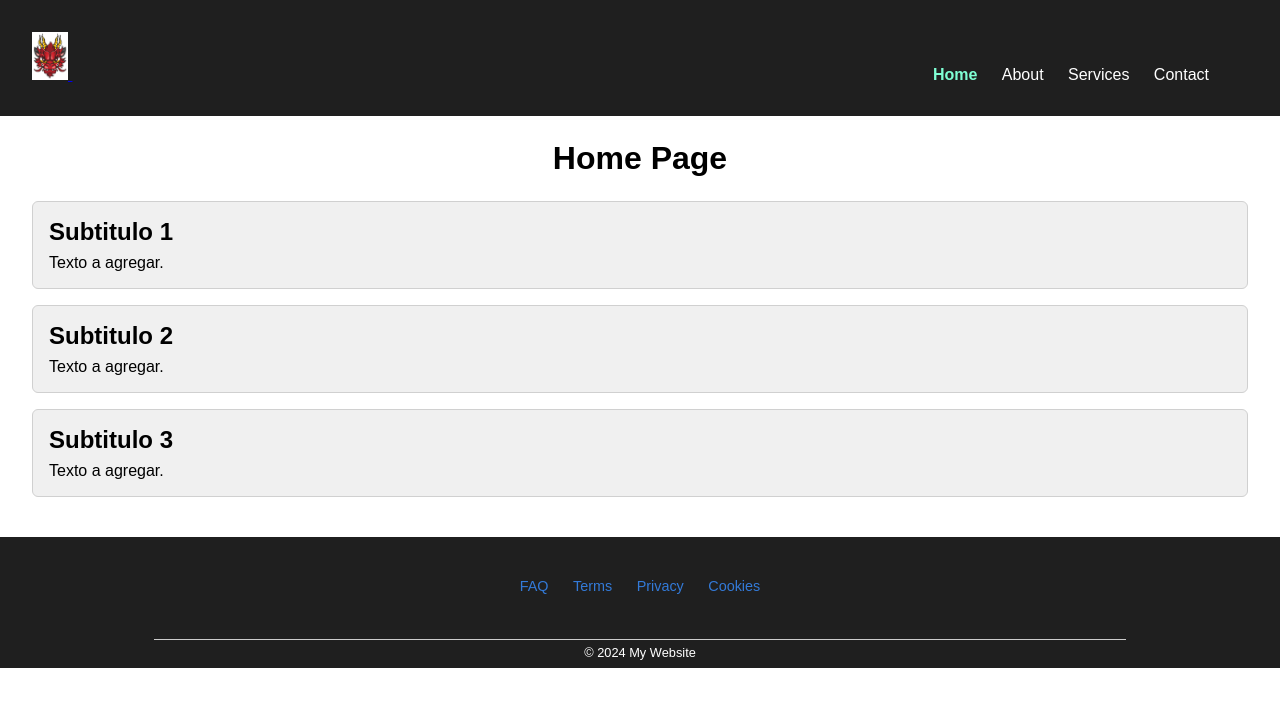
Repository: andreamm-lab/basic-navigation-example-2025-10
Page: index.html
An editor plug-in stored every save of this project. The page is shown before and after the next save, followed by the edit.
The browser window is 1280 px wide. The pictures show the whole page.

Above is the page before, as saved 2025-11-06 15:44:55.

### index.html
<!DOCTYPE html>
<html lang="en">
<head>
    <meta charset="UTF-8">
    <meta name="viewport" content="width=device-width, initial-scale=1.0">
    <title>Basic Nav Example</title>
    <link rel="stylesheet" href="./main.css">
</head>
<body>
    <header>
        <!--Primary navigation-->
        <nav aria-label="Primary navigation">
            <a href="index.html">
                <img src="images/dragon.png" alt="Dragon logo">
            </a>
            <span class="spacer"></span>
            <ul>
                <li><a href="index.html" class="current">Home</a></li>
                <li><a href="pages/about.html">About</a></li>
                <li><a href="pages/services.html">Services</a></li>
                <li><a href="pages/contact.html">Contact</a></li>
            </ul>
        </nav>
    </header>

    <main class="home-main">
        <h1 id="page-title">Home Page</h1>

        <div class="card-grid">
            <article class="card">
                <h2>Subtitulo 1</h2>
                <p>Texto a agregar.</p>
            </article>
            <article class="card">
                <h2>Subtitulo 2</h2>
                <p>Texto a agregar.</p>
            </article>
            <article class="card">
                <h2>Subtitulo 3</h2>
                <p>Texto a agregar.</p>
            </article>
        </div>
    </main>

    <!--Footer navigation-->
    <footer id="main-footer">
        <nav aria-label="Footer navigation">
            <ul>
                <li><a href="#">FAQ</a></li>
                <li><a href="#">Terms</a></li>
                <li><a href="#">Privacy</a></li>
                <li><a href="#">Cookies</a></li>
            </ul>
        </nav>
        <hr class="footer-line">
        <p>© 2024 My Website</p>
    </footer>
</body>
</html>

### main.css
* {
    box-sizing: border-box;
    margin: 0;
    padding: 0;
}

body {
    font-family: Arial, Helvetica, sans-serif;
    background-color: #ffffff;
    color: #000;
}

/* header - nav principal */
nav {
    padding: 32px 32px;
    min-height: 80px;
    background-color: #1F1F1F;
}

nav img {
    max-height: 48px;
    background-color: white;
}

.spacer {
    display: inline-block;
    width: calc(100% - 40px - 320px);
}

nav ul {
    list-style: none;
    display: inline-block;
    vertical-align: bottom;
}

nav ul li {
    display: inline-block;
    margin-right: 20px;
}

nav ul li:last-child {
    margin-right: 0;
}

nav ul li a {
    text-decoration: none;
}

nav ul li a:link,
nav ul li a:visited {
    color: white;
}

nav ul li a.current {
    color: aquamarine;
    font-weight: bold;
}

nav ul li a:hover {
    color: rgb(92, 229, 0);
}

main {
    display: block;
    padding: 24px 32px;
    min-height: 400px;
}

.home-main h1 {
    text-align: center;
    margin-bottom: 24px;
}

/* text cards */
.card-grid {
    display: block; /* vertical align */
}

.card {
    background-color: #f0f0f0;
    border: 1px solid #d0d0d0;
    border-radius: 6px;
    padding: 16px;
    margin-bottom: 16px;
}

.card h2 {
    margin-bottom: 8px;
}

/* Side menu on Services */
.page {
    display: block;
}

.main-content {
    display: inline-block;
    width: 69%;
    vertical-align: top;
}

.side-nav {
    display: inline-block;
    width: 28%;
    background-color: #2a2a2a;
    color: #fff;
    margin-left: 1%;
    padding: 16px;
    min-height: 320px;
    border: 1px solid #000;
}

.side-nav h2 {
    margin-bottom: 12px;
}

.side-nav ul {
    list-style: none;
}

.side-nav ul li {
    margin-bottom: 8px;
    display: block;
}

.side-nav ul li a {
    color: #4bb4ff;
    text-decoration: none;
}

.side-nav ul li a:hover {
    text-decoration: underline;
}

/* footer */

/* Last Line Text: My Website */
#main-footer {
    background-color: #1F1F1F;
    color: rgb(255, 255, 255);
    text-align: center;
    padding: 8px 32px; /* 1st number: inferior margin | 2nd: weight and it affects the line also. */
}

#main-footer nav ul {
    /*display: inline-block;*/
    list-style: none;
    margin-bottom: 12px;
}

#main-footer nav ul li {
    display: inline-block;
    margin: 0 10px; /*Distance between words in footer: FAQ, Terms, etc. */
}

#main-footer nav ul li a {
    color: rgb(51, 122, 216); /* Text color */
    text-decoration: none;
    font-size: 0.9rem;
}

#main-footer p {
    font-size: 0.8rem;
}

#page-title {
    font-size: 2rem;
}

.footer-line {
  border: none;
  border-top: 1px solid #ccc;
  margin: 0px auto 5px;
  width: 80%;
}

After the next save:
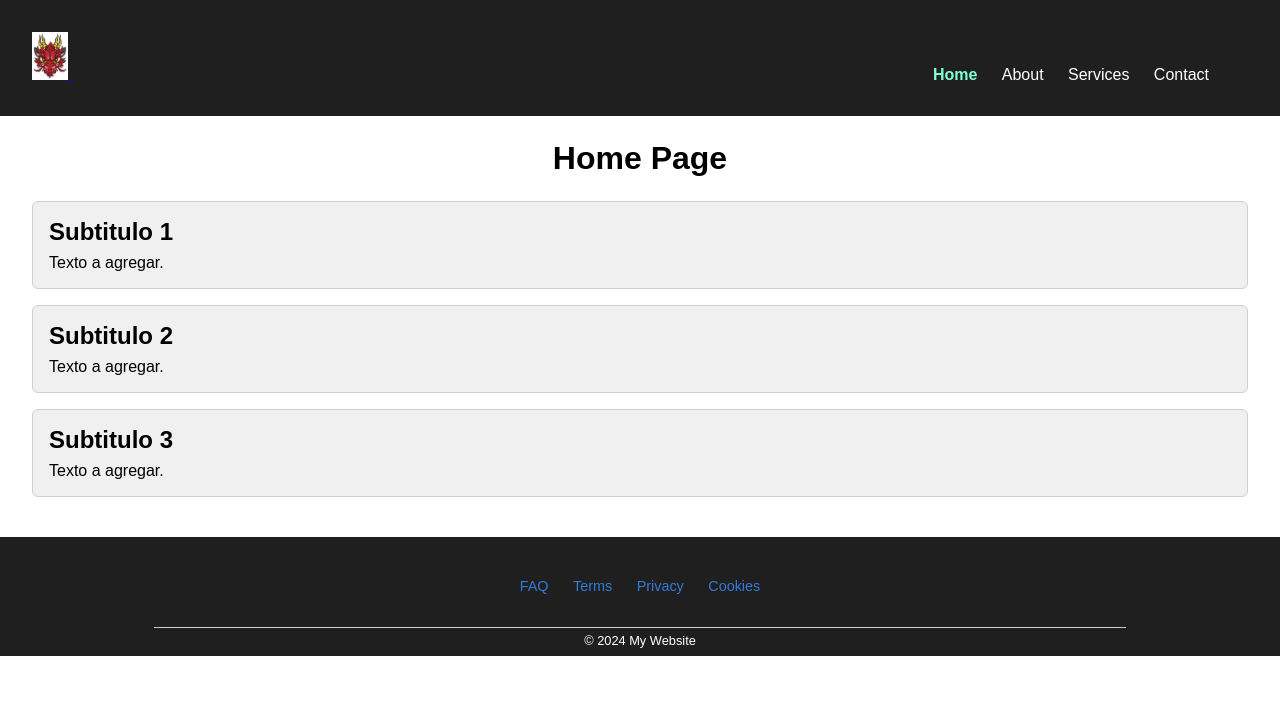
Saved 85 s later.
--- a/main.css
+++ b/main.css
@@ -143,9 +143,9 @@ main {
 }
 
 #main-footer nav ul {
-    /*display: inline-block;*/
+    display: inline-block;
     list-style: none;
-    margin-bottom: 12px;
+    margin-bottom: 0px;
 }
 
 #main-footer nav ul li {
